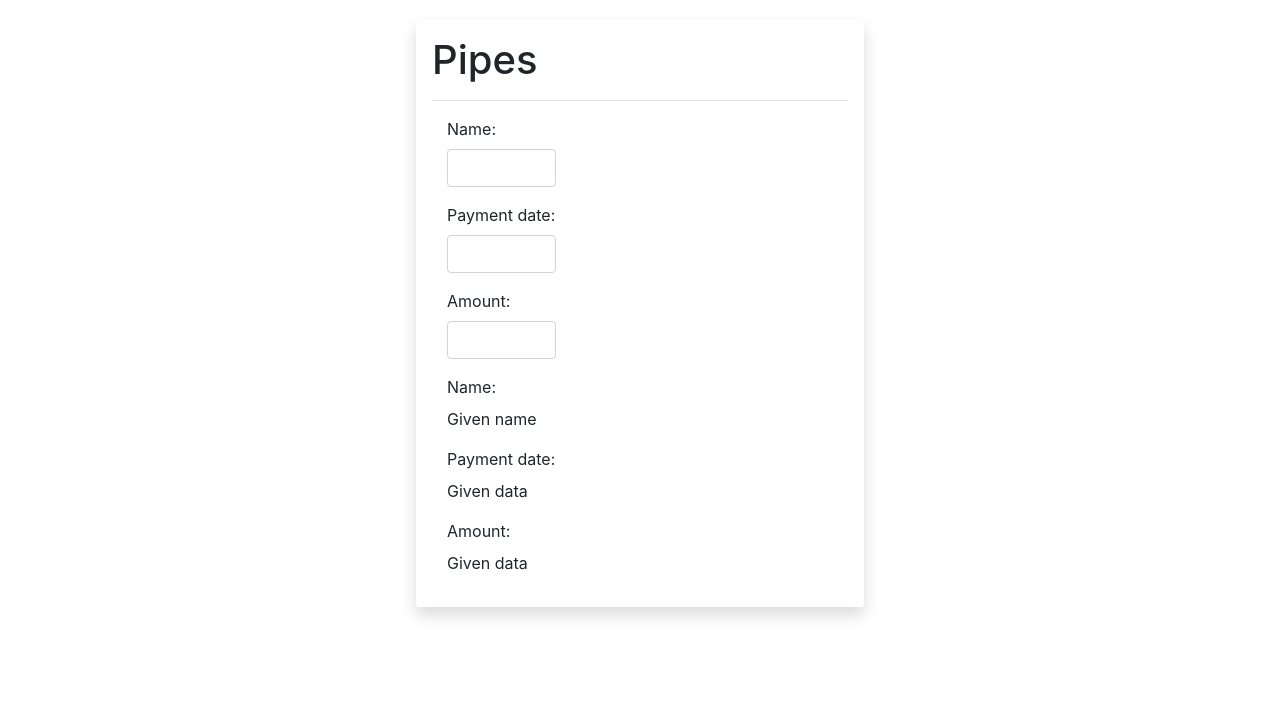
Repository: Evincars/udemy-angular
Page: / (app in pipes/)
These files come from the project's save history. The page is drawn as it stood at one moment and after the next save; the edit follows.
The browser window is 1280 px wide. The pictures show the whole page.
The project was rebuilt for these pictures with package versions that can differ from the ones it lists, and the page was loaded fresh each time. Also part of the build but not shown: pipes/angular.json.

Above is the page before, as saved 2020-04-05 10:16:07.

After the next save:
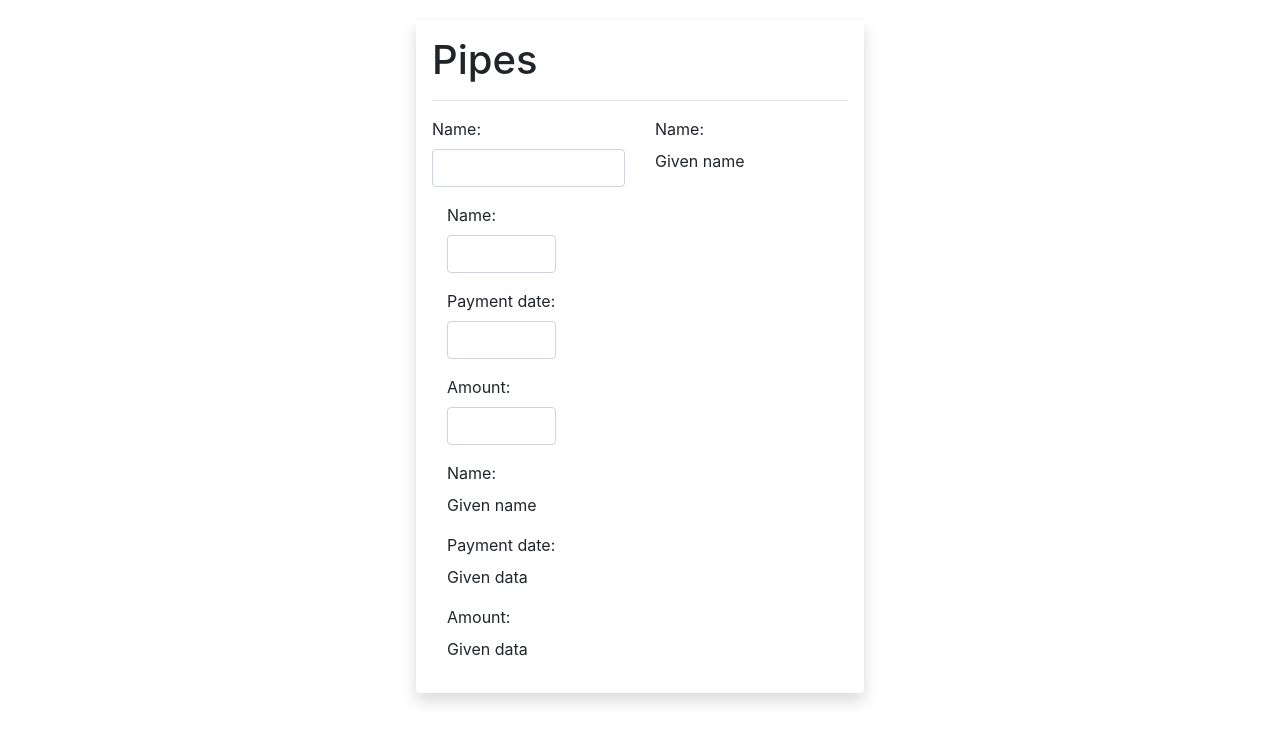
Saved 96 s later.
--- a/pipes/src/app/app.component.html
+++ b/pipes/src/app/app.component.html
@@ -1,6 +1,22 @@
 <div class="container shadow p-3 mb-5 bg-white rounded">
   <h1>Pipes</h1>
   <hr />
+  <div class="row">
+    <div class="col-md-6">
+      <div class="form-group">
+        <label>Name:</label>
+        <input
+          type="text"
+          class="form-control"
+          (input)="onNameChange($event.target.value)"
+        />
+      </div>
+    </div>
+    <div class="col-md-6">
+      <label>Name:</label>
+      <p>Given name</p>
+    </div>
+  </div>
   <div class="col-md-4">
     <!-- <form> -->
     <div class="form-group">
